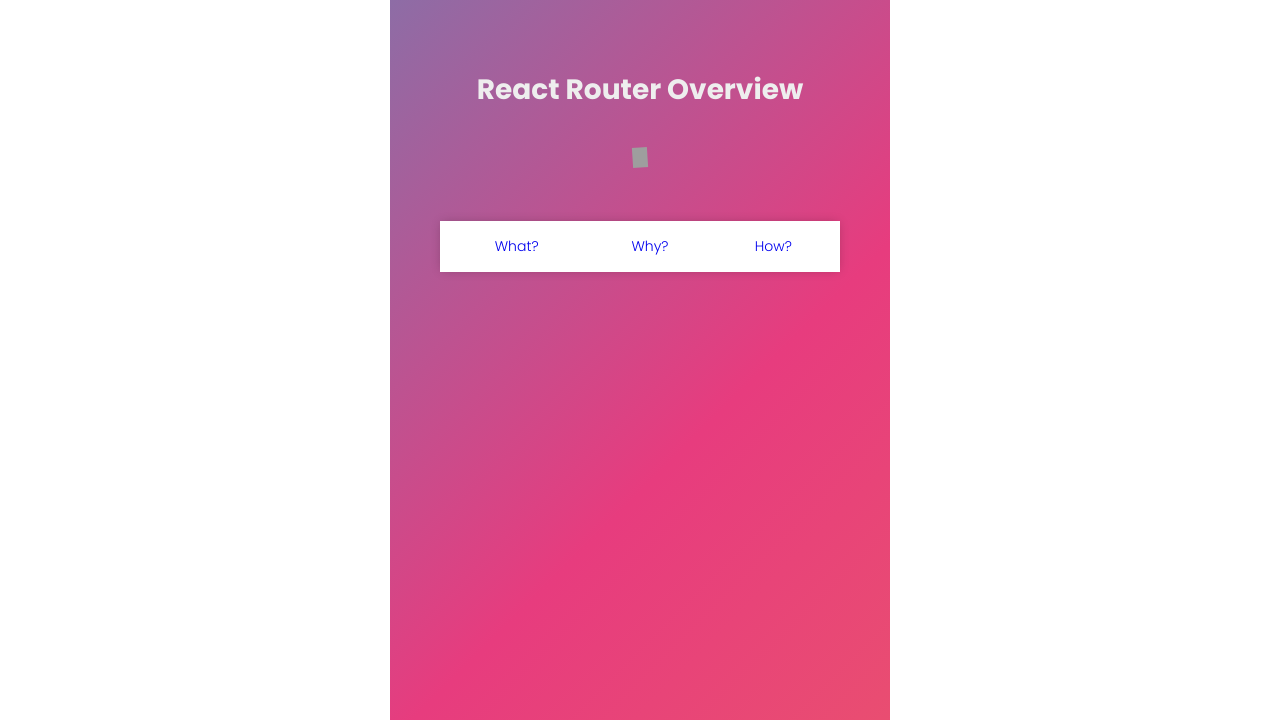
Repository: nguy3nds/2021-18-9-react
Page: /about
The author's editor kept a copy of each file at every save. The page is drawn from the files as they stood at one save, then again after the next save.
The browser window is 1280 px wide. The pictures show the whole page.
Pictures or frames that could not be fetched are drawn as grey boxes. The project was rebuilt for these pictures with package versions that can differ from the ones it lists, and the page was loaded fresh each time. Also part of the build but not shown: src/components/What.js, src/components/Why.js, src/components/How.js.

Above is the page before, as saved 2021-09-19 20:56:51.

### src/App.js
import React from "react";
import { BrowserRouter as Router, Switch, Route, Link } from "react-router-dom";
import "./App.css";
import What from "./components/What.js";
import How from "./components/Why";
import Why from "./components/How";
import styled, { keyframes } from "styled-components";

export default function App() {
  return (
    <Router>
      <DivContainer>
        <h1>React Router Overview</h1>
        <Rotate>
          <img
            src="https://lh6.googleusercontent.com/m9VlRb9FHZcqWTBz0msD2FZGpSQs84aAOwwniApLbL1oZWSDJsg4opq2uc81QzPWDtx5QJ2DeO12CFeol6vqJXcSOyp10LGoOW3K_wXIp3UDuQt1XhXE5KeUC8Epkj2hO51asKYe"
            className="App-logo"
            alt="logo"
            style={{ width: "20px" }}
          />
        </Rotate>
        <nav>
          <ul className="menu">
            <li class="menu-item has-child">
              <Link to="/What">What?</Link>
            </li>
            <li className="menu-item has-child">
              <Link to="/Why">Why?</Link>
            </li>
            <li className="menu-item has-child">
              <Link to="/How">How?</Link>
            </li>
          </ul>
        </nav>

        {/* A <Switch> looks through its children <Route>s and
            renders the first one that matches the current URL. */}
        <Switch>
          <Route path="/How">
            <How />
          </Route>
          <Route path="/Why">
            <Why />
          </Route>
          <Route path="/What">
            <What />
          </Route>
        </Switch>
      </DivContainer>
    </Router>
  );
}

const gradient = keyframes`
	0% {
		background-position: 0% 50%;
	}
	50% {
		background-position: 100% 50%;
	}
	100% {
		background-position: 0% 50%;
	}
`;

const DivContainer = styled.div`
  margin: 0 auto;
  padding: 50px;
  text-align: center;
  color: #eee;
  background: linear-gradient(-45deg, #ee7752, #e73c7e, #23a6d5, #23d5ab);
  background-size: 400% 400%;
  animation: ${gradient} 15s ease infinite;
  height: 100vh;
`;

const rotate360 = keyframes`
  from {
    transform: rotate(0deg);
  }

  to {
    transform: rotate(360deg);
  }
`;

const Rotate = styled.div`
  display: inline-block;
  animation: ${rotate360} 2s linear infinite;
  padding: 2rem 1rem;
  font-size: 1.2rem;
`;

### src/App.css
@import url("https://fonts.googleapis.com/css2?family=Poppins:wght@300;400;600;700&display=swap");
:root {
  --primary: #08aeea;
  --secondary: #13d2b8;
  --purple: #bd93f9;
  --pink: #ff6bcb;
  --blue: #8be9fd;
  --gray: #333;
  --font: "Poppins", sans-serif;
  --gradient: linear-gradient(40deg, #ff6ec4, #7873f5);
  --shadow: 0 0 15px 0 rgba(0, 0, 0, 0.05);
}
*,
*:before,
*:after {
  box-sizing: border-box;
}
html {
  font-size: 62.5%;
  text-align: center;
}

body {
  font-family: var(--font);
  font-size: 1.4rem;
  overflow-x: hidden;
  font-weight: 300;
  width: 500px;
  margin: 0 auto;
}

img {
  display: block;
  max-width: 100%;
}

a {
  text-decoration: none;
}

input,
button,
textarea,
select {
  font-family: var(--font);
  font-size: 1.4rem;
  font-weight: 300;
  outline: none;
  border: 0;
  margin: 0;
  padding: 0;
  border-radius: 0;
  -webkit-appearance: none;
}

button {
  cursor: pointer;
}

.menu {
  position: relative;
  max-width: 500px;
  margin: 30px auto;
  display: grid;
  grid-template-columns: 1fr 1fr 1fr;
  justify-content: center;
  background-color: white;
  padding: 1.5rem;
  box-shadow: 0 0 10px -2px rgba(0, 0, 0, 0.25);
}

.menu-link {
  font-size: 1.4rem;
  color: #918eae;
  display: block;
}
.menu-link:hover {
  color: #202842;
}

.menu-child-link {
  display: flex;
  align-items: center;
  justify-content: space-between;
  padding: 1.5rem;
  color: #918eae;
}
.menu-child-item {
  position: relative;
}
.menu-child-link:hover {
  color: #202842;
}

.menu-toggle {
  display: none;
}
.nav {
  position: relative;
}
.arrow-right {
  display: none;
}
@media screen and (min-width: 1024px) {
  .arrow-down {
    display: none;
  }
  .arrow-right {
    display: block;
  }
  .menu-item:not(:first-child) {
    margin-left: 2rem;
  }
  .menu-child {
    position: absolute;
    top: 100%;
    left: 0;
    margin-top: 1rem;
    min-width: 20rem;
    background-color: white;
    box-shadow: var(--shadow);
    display: none;
  }
  .menu-child:before {
    content: "";
    position: absolute;
    top: 0;
    left: 0;
    width: 100%;
    height: 1rem;
    background-color: transparent;
    transform: translateY(-100%);
  }
  .menu-child1 {
    top: 0;
    left: 100%;
    margin-top: 0;
  }
  .menu-item.has-child:hover > .menu-child {
    display: block;
  }
  .menu-child-item.has-child:hover > .menu-child {
    display: block;
  }
}

ul li {
  list-style: none;
}
@media screen and (max-width: 1023px) {
  .menu {
    position: absolute;
    right: 0;
    top: 100%;
    min-width: 20rem;
    background-color: white;
    box-shadow: var(--shadow);
    flex-direction: column;
    display: none;
    z-index: 100;
  }
  .menu.show,
  .menu-child.show {
    display: block;
  }
  .menu-item:not(:last-child) {
    border-bottom: 1px solid #eee;
  }
  .menu-link {
    padding: 1.5rem;
    display: flex;
    justify-content: space-between;
    align-items: center;
  }
  .menu-child {
    display: none;
    background-color: #f6f6f6;
  }
  .menu-child1 {
    background-color: #eee;
  }
  .menu-toggle {
    width: max-content;
    font-size: 2rem;
    display: block;
    margin-left: auto;
    cursor: pointer;
  }
}

Loaded but not shown: public/index.html (common file); src/index.js (common file); src/index.css (common file); src/reportWebVitals.js (common file)

After the next save:
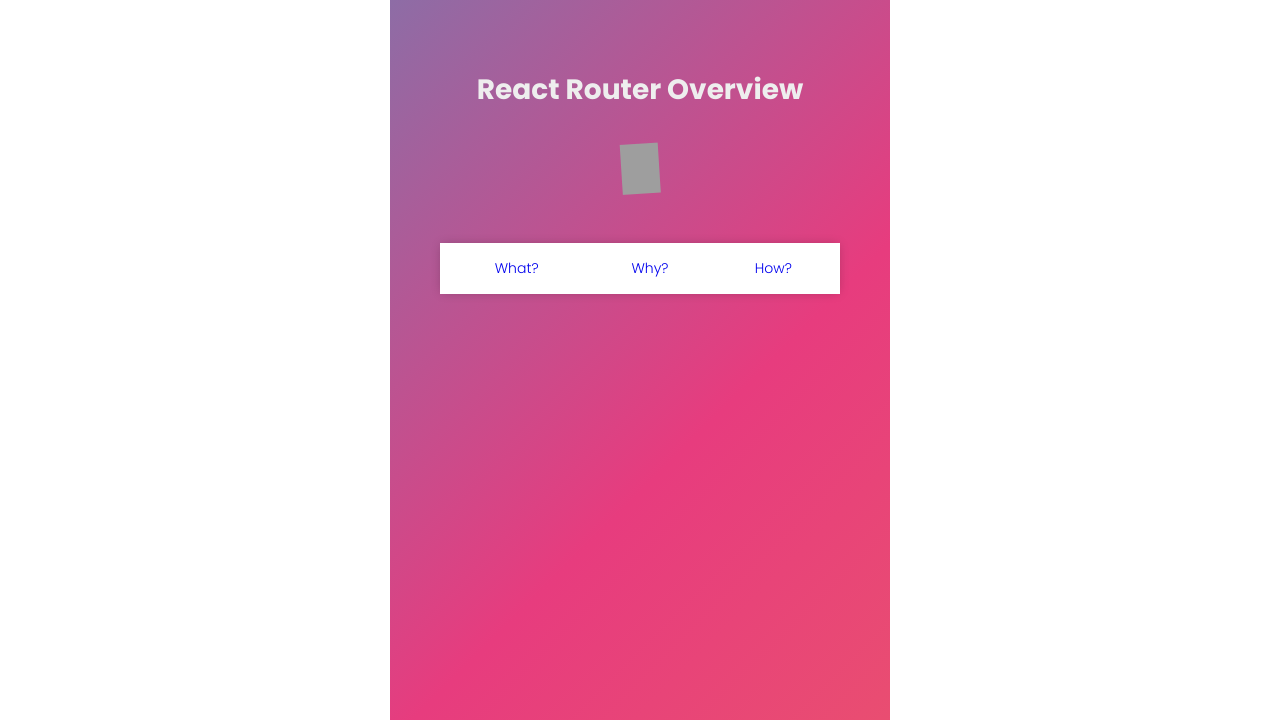
Saved 7 s later.
--- a/src/App.js
+++ b/src/App.js
@@ -16,7 +16,7 @@ export default function App() {
             src="https://lh6.googleusercontent.com/m9VlRb9FHZcqWTBz0msD2FZGpSQs84aAOwwniApLbL1oZWSDJsg4opq2uc81QzPWDtx5QJ2DeO12CFeol6vqJXcSOyp10LGoOW3K_wXIp3UDuQt1XhXE5KeUC8Epkj2hO51asKYe"
             className="App-logo"
             alt="logo"
-            style={{ width: "20px" }}
+            style={{ width: "50px" }}
           />
         </Rotate>
         <nav>
